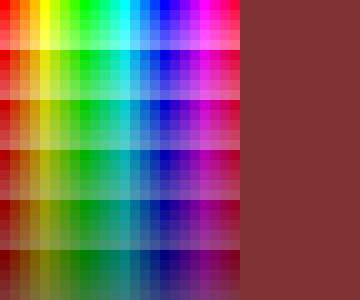
Repository: GitUserG1729/mapf
Script's output: python mapf_visualizer-py/color.py
The author's editor kept a copy of each file at every save. The script's output is drawn from the files as they stood at one save, then again after the next save.
The window is shown after at most 60 frames with no key pressed. Random numbers start from a fixed seed.

Above is the script's output before, as saved 2021-07-19 16:10:37.

### mapf_visualizer-py/color.py
import pygame
import math


def k_contrast_color(k_color, RGB_list, HSV_list):
  # hue       : 0-360, min_step: 5(72)
  # saturation: 0.4-0.8, min_step: 0.1(5)
  # intensive : 0.5-1.0, min_step: 0.1(6)
  # max_color = 72*6*6 = 2592

  H_min_step = 15
  H_max_num = 360 // H_min_step
  S_min_step = 0.1
  S_max_num = math.floor(0.4 / S_min_step) + 1
  I_min_step = 0.1
  I_max_num = math.floor(0.5 / I_min_step) + 1

  H = 360
  S = 1
  I = 1

  if k_color <= H_max_num*S_max_num*I_max_num:
    if k_color <= H_max_num*S_max_num:
      if k_color <= H_max_num:
        S = 1
        I = 1
        H_step = 360 // k_color
        for i in range(k_color):
          Hi = i
          tmp_H = Hi * H_step
          RGB_list.append(HSI2RGB(tmp_H, S, I))
          HSV_list.append([tmp_H, S, I])
      else:
        I = 1
        H_step = H_min_step
        S_num = math.ceil(k_color / H_max_num)
        S_step = 0.5 / (S_num-1)
        for i in range(k_color):
          Hi = i % H_max_num
          tmp_H = Hi * H_step
          Si = math.floor(i / H_max_num)
          tmp_S = 1.0 - Si * S_step
          RGB_list.append(HSI2RGB(tmp_H, tmp_S, I))
          HSV_list.append([tmp_H, tmp_S, I])

    else:
        S_step = 0.1
        H_step = H_min_step
        I_num = math.ceil(k_color / (H_max_num*S_max_num))
        I_step = 0.5 / (I_num-1)
        for i in range(k_color):
          Hi = i % H_max_num
          tmp_H = Hi * H_step
          Si = (i//H_max_num) % S_max_num
          tmp_S = 1.0 - Si * S_step
          Ii = math.floor(i / (H_max_num*S_max_num))
          tmp_I = 1.0 - Ii * I_step
          RGB_list.append(HSI2RGB(tmp_H, tmp_S, tmp_I))
          HSV_list.append([tmp_H, tmp_S, tmp_I])

  else : # >2592
    print("[ERROR]: NUM OF COLOR IS TOO LARGE.")

  return RGB_list, HSV_list


def HSI2RGB(H, S ,I):
  # print('H:', H, ', S:', S, ', I:', I)
  R = 0
  G = 0
  B = 0
  if S < 1e-6:
    R = I
    G = I
    B = I
  else:
    if H >= 0 and H < 120:
      B = I * (1 - S)
      R = I * (1 + (S * math.cos(H*math.pi/180)) / math.cos((60 - H)*math.pi/180))
      G = 3 * I - (R + B)
    elif H >= 120 and H < 240:
      H = H - 120
      R = I * (1 - S)
      G = I * (1 + (S * math.cos(H*math.pi/180)) / math.cos((60 - H)*math.pi/180))
      B = 3 * I - (R + G)
    elif H >= 240 and H < 360:
      H = H - 240
      G = I * (1 - S)
      B = I * (1 + (S * math.cos(H*math.pi/180)) / math.cos((60 - H)*math.pi/180))
      R = 3 * I - (G + B)
    else:
      print("[ERROR]: H not in [0, 360)")
      return
  # print('R:', R, ', G:', G, ', B:', B)


  return [round(R*255), round(G*255), round(B*255)]


if __name__ == '__main__':
  grid_len = 24
  grid_wid = 30
  grid_size = 10
  win_len = grid_len*grid_size
  win_wid = grid_wid*grid_size

  pygame.init()
  screen = pygame.display.set_mode((win_len, win_wid))
  pygame.display.set_caption('k contrast color')

  grids = [pygame.Surface((grid_size, grid_size),
                          pygame.SRCALPHA).convert_alpha() \
                          for _ in range(grid_len*grid_wid)]
  map_back = pygame.surface.Surface((win_len, win_wid),
                                    pygame.SRCALPHA, 32)
  map_back = map_back.convert_alpha()

  rgb_colors = []
  hsv_colors = []
  k_contrast_color(grid_len*grid_wid, rgb_colors, hsv_colors)
  # print('color len:', len(rgb_colors))
  # print(rgb_colors)
  map_back.fill((0,0,0))
  while 1:
    for i in range(grid_len):
      for j in range(grid_wid):
        color = pygame.Color(0,0,0,0)
        rgb_color = (rgb_colors[j*grid_len+i][0],
                      rgb_colors[j*grid_len+i][1],
                      rgb_colors[j*grid_len+i][2],
                      255)
        hsv_color = (hsv_colors[j*grid_len+i][0],
                      hsv_colors[j*grid_len+i][1]*100,
                      hsv_colors[j*grid_len+i][2]*100,
                      100)
        color.hsva = hsv_color
        # print(color)
        grids[j*grid_len+i].fill(color)
        map_back.blit(grids[j*grid_len+i],
                            ((i)*grid_size,
                              (j)*grid_size))
    screen.blit(map_back, (0,0))
    pygame.display.update()
    for event in pygame.event.get():
      if event.type == pygame.QUIT:
        pygame.quit()

After the next save:
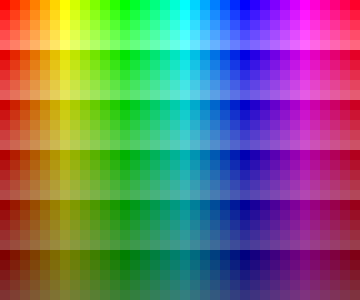
Saved 40 min 1 s later.
--- a/mapf_visualizer-py/color.py
+++ b/mapf_visualizer-py/color.py
@@ -8,7 +8,7 @@ def k_contrast_color(k_color, RGB_list, HSV_list):
   # intensive : 0.5-1.0, min_step: 0.1(6)
   # max_color = 72*6*6 = 2592
 
-  H_min_step = 15
+  H_min_step = 10
   H_max_num = 360 // H_min_step
   S_min_step = 0.1
   S_max_num = math.floor(0.4 / S_min_step) + 1
@@ -98,7 +98,7 @@ def HSI2RGB(H, S ,I):
 
 
 if __name__ == '__main__':
-  grid_len = 24
+  grid_len = 36
   grid_wid = 30
   grid_size = 10
   win_len = grid_len*grid_size
